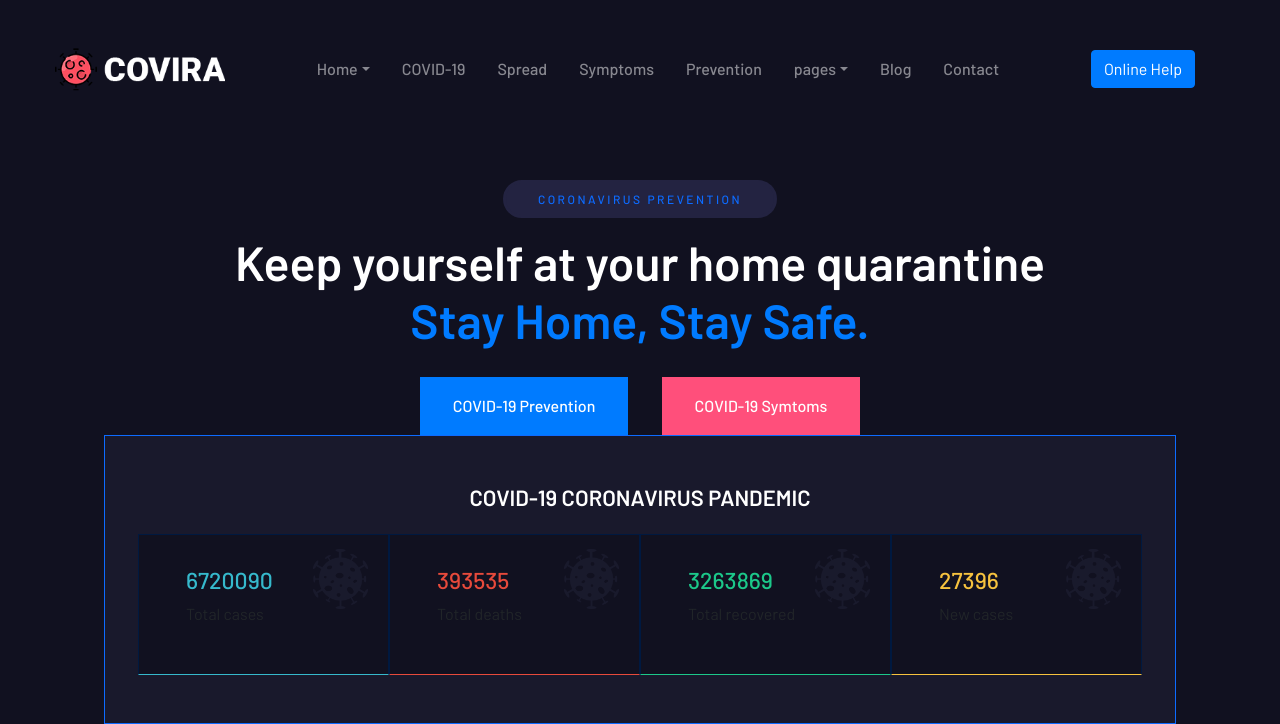
Repository: sitikhusushan/corona_updates
Page: index.html
The author's editor kept a copy of each file at every save. The page is drawn from the files as they stood at one save, then again after the next save.
The browser window is 1280 px wide. The pictures show the whole page.

Above is the page before, as saved 2020-06-06 11:45:50.

### index.html
<!DOCTYPE html>
<html lang="en">
  <head>
    <meta charset="UTF-8" />
    <meta name="viewport" content="width=device-width, initial-scale=1.0" />
    <link rel="stylesheet" href="css/bootstrap.css" />
    <link rel="stylesheet" type="text/css" href="style.css" />
    <title>Covid-19</title>
  </head>
  <body>
    <!--this is header -->
    <header>
      <!-- navbar starts from here -->
      <nav class="navbar navbar-expand-lg navbar-dark fix">
        <div class="container">
          <!-- this is the logo section  -->
          <a class="logo" href="">
            <img src="image/logo-white.png" alt="coronavirus_logo"
          /></a>
          <!-- this is modified code no need to see -->
          <!-- <div class="row">
          <div class="col-md-2 col-sm-2">
            <img src="image/logo-white.png" alt="coronavirus_logo" />
          </div>
          <div class="col-md-1 col-sm">
            <div class="dropdown">
              <button
                type="button"
                class="btn btn-danger dropdown-toggle"
                data-toggle="dropdown"
              >
                Home
              </button>
              <div class="dropdown-menu">
                <a class="dropdown-item" href="#">akjf</a>
                <a class="dropdown-item" href="#">alkdf</a>
                <a class="dropdown-item" href="#">akfjl</a>
                <a class="dropdown-item" href="#">ahdfjk</a>
                <a class="dropdown-item" href="#">ajlkdf</a>
                <a class="dropdown-item" href="#">kjahdf</a>
              </div>
            </div>
          </div>
          <div class="col-md-1 col-sm">
            COVID-19
          </div>
          <div class="col-md-1 col-sm">
            Spread
          </div>
          <div class="col-md-1 col-sm">
            Symptoms
          </div>
          <div class="col-md-1 col-sm">
            Prevention
          </div>
          <div class="col-md-1 col-sm">
            <div class="dropdown">
              <button
                type="button"
                class="btn btn-danger dropdown-toggle"
                data-toggle="dropdown"
              >
                Pages
              </button>
              <div class="dropdown-menu">
                <a class="dropdown-item" href="#"></a>
                <a class="dropdown-item" href="#"></a>
                <a class="dropdown-item" href="#"></a>
                <a class="dropdown-item" href="#"></a>
              </div>
            </div>
          </div>
          <div class="col-md-1 col-sm">Blog</div>
          <div class="col-md-1 col-sm">Contact</div>
          <div class="col-md-2 col-sm-2">
            <button class="btn btn-primary" type="button">Online Help</button>
          </div>
        </div> -->
          <!-- the content of navbar starts from here  -->
          <div class="collapse navbar-collapse">
            <ul class="navbar-nav mx-auto">
              <!-- dropdown of home is here -->
              <li class="nav-item dropdown">
                <a
                  class="nav-link dropdown-toggle"
                  href="#"
                  data-toggle="dropdown"
                  aria-expanded="false"
                  >Home</a
                >
                <div class="dropdown-menu">
                  <a class="dropdown-item" href="#">Home one</a>
                  <a class="dropdown-item" href="#">Home one dark</a>
                  <a class="dropdown-item" href="#">Home two</a>
                  <a class="dropdown-item" href="#">Home two dark</a>
                  <a class="dropdown-item" href="#">Home three</a>
                  <a class="dropdown-item" href="#">Home three dark</a>
                </div>
              </li>
              <li class="nav-item">
                <a class="nav-link" href="#">COVID-19</a>
              </li>
              <li class="nav-item">
                <a class="nav-link" href="#">Spread</a>
              </li>
              <li class="nav-item">
                <a class="nav-link" href="#">Symptoms</a>
              </li>
              <li class="nav-item">
                <a class="nav-link" href="#">Prevention</a>
              </li>
              <!-- dropdown of pages is here -->
              <li class="nav-item dropdown">
                <a
                  class="nav-link dropdown-toggle"
                  href="#"
                  data-toggle="dropdown"
                  aria-expanded="false"
                  >pages</a
                >
                <div class="dropdown-menu">
                  <a class="dropdown-item" href="#">Blog</a>
                  <a class="dropdown-item" href="#">Article</a>
                  <a class="dropdown-item" href="#">Contact</a>
                  <a class="dropdown-item" href="#">Outbrek news</a>
                </div>
              </li>
              <li class="nav-item">
                <a class="nav-link" href="#">Blog</a>
              </li>
              <li class="nav-item">
                <a class="nav-link" href="#">Contact</a>
              </li>
            </ul>
          </div>
          <!-- online help section  -->
          <a class="onlinehelp" href="">
            <i class="fas fa-headset"></i>
            <button class="btn btn-primary" type="button">Online Help</button>
          </a>
        </div>
      </nav>
    </header>
    <!-- here starts the banner content  -->
    <div class="banner">
      <div class="container">
        <div class="prevention">
          <!-- here are paragraph & headline -->
          <p class="pre">CORONAVIRUS PREVENTION</p>
          <h1>
            Keep yourself at your home quarantine <br />
            <span class="text-primary"> Stay Home, Stay Safe.</span>
          </h1>
          <!-- this is the button parts -->
          <div class="button">
            <!-- this is modified code no need to see  -->
            <!-- <div class="col-md-6">
              <button class="btn btn-primary" type="button">
                COVID-19 Prevention
              </button>
            </div>
            <div class="col-md">
              <button class="btn btn-danger" type="button">
                COVID-19 Symtoms
              </button> -->
            <a href="" class="btn btn-lg btn-primary">COVID-19 Prevention</a>
            <a href="" class="btn btn-lg btn-pink">COVID-19 Symtoms</a>
          </div>
        </div>
      </div>
    </div>
    <!-- live feedback or dashboard is here  -->
    <div class="dashboard">
      <div class="container">
        <h3>COVID-19 CORONAVIRUS PANDEMIC</h3>
        <div class="row">
          <div class="col-md-6 col-lg-3 status status-info">
            <div class="status-color">
              <h2 class="data-header" id="totalcases">6720090</h2>
              <p>Total cases</p>
            </div>
            <img src="image/1.png" alt="coronavirus image" />
          </div>
          <div class="col-md-6 col-lg-3 status status-danger">
            <div class="status-color">
              <h2 class="data-header" id="totaldeaths">393535</h2>
              <p>Total deaths</p>
            </div>
            <img src="image/1.png" alt="coronavirus image" />
          </div>
          <div class="col-md-6 col-lg-3 status status-success">
            <div class="status-color">
              <h2 class="data-header" id="totalrecovered">3263869</h2>
              <p>Total recovered</p>
            </div>
            <img src="image/1.png" alt="coronavirus image" />
          </div>
          <div class="col-md-6 col-lg-3 status status-warning">
            <div class="status-color">
              <h2 class="data-header" id="newcases">27396</h2>
              <p>New cases</p>
            </div>
            <img src="image/1.png" alt="coronavirus image" />
          </div>
        </div>
      </div>
    </div>
  </body>
</html>
<script src="https://code.jquery.com/jquery-3.5.1.js"></script>
<script src="js/bootstrap.js"></script>

### style.css
body {
  background-color: #111120;
  font-family: "Barlow";
}

.container {
  max-width: 1200px;
}

/* navbar css */
/* this css is to put the navbar at same place  */
.fix {
  position: fixed;
  top: 0;
  right: 0;
  left: 0;
  background-color: #111120;
  padding: 40px 0px;
}

/* to change the content of navbar when hover   */
.navbar .navbar-nav .nav-item a.nav-link:hover {
  color: hotpink;
}

/* this hover is for nav-item  */
.navbar .navbar-nav .nav-item .dropdown-menu a.dropdown-item:hover {
  background-color: hotpink;
}

.dropdown-menu {
  display: none;
  position: absolute;
  background-color: #111120;
  color: #939fb2;
  font-weight: 700;
  font-size: 15px;
  z-index: 1;
}

.dropdown-menu .dropdown-item {
  color: #939fb2;
  font-weight: 600;
}
/* this hover is for dropdown-menu */
.navbar .navbar-nav .nav-item:hover .dropdown-menu {
  display: block;
}

.navbar .nav-item a.nav-link {
  font-weight: 500;
  padding: 8px 16px;
}

nav .container .logo img {
  max-width: 170px;
}

/* banner css starts from here  */

.banner {
  height: 100%;
  text-align: center;
  padding-top: 180px;
}

h1 {
  color: white;
  font-weight: 600;
  font-size: 48px;
  margin-bottom: 28px;
}

/* css for covid-19 prevention & symptoms */
.btn-pink {
  color: white;
  background-color: #ff4f7b;
  border-color: #ff4f7b;
}

.btn-lg {
  padding: 1rem 2rem;
  font-size: 1rem;
  font-weight: 500;
  border-radius: 0px;
}

.btn-primary {
  color: white;
  margin-right: 30px;
}

/* css for paragraph of banner  */
.pre {
  font-size: 0.75rem;
  font-weight: 500;
  line-height: 1;
  letter-spacing: 2.5px;
  display: inline-block;
  border-radius: 800px;
  border: #232341 solid;
  background-color: #232341;
  color: #0d6bff;
  padding: 10px 32px;
  margin-bottom: 16px;
}

/* css for dashboard starts from here  */
h2 {
  font-size: 23px;
}

h3 {
  font-size: 22px;
}

.dashboard h3 {
  font-weight: 600;
  margin-bottom: 23px;
  text-align: center;
  color: white;
}

.dashboard .container {
  /* position: absolute; */
  width: 1072px;
  background-color: #19192c;
  padding: 48px;
  border: 1px solid #0d6bff;
}

.dashboard .row > div {
  position: relative;
  display: block;
  width: 245px;
  background-color: #111120;
  border: 1px solid #001940;
  z-index: 1;
}

/* here css for image  */
.dashboard .status img {
  position: absolute;
  top: 10%;
  left: 70%;
  right: 0%;
  width: 55px;
  max-width: 100%;
  height: auto;
  filter: invert(7%) sepia(7%) saturate(6094%) hue-rotate(203deg)
    brightness(92%) contrast(91%);
}

/* hover for image of dashboard is here */
.dahsboard .status img:hover {
  filter: invert(99%) sepia(9%) saturate(793%) hue-rotate(173deg)
    brightness(98%) contrast(99%);
}

.dashboard .status-color {
  padding: 32px;
}

/* css for bottom border color is here */
.dashboard .status.status-info {
  border-bottom-color: #36b9cc;
}

.dashboard .status.status-danger {
  border-bottom-color: #e74a3b;
}

.dashboard .status.status-success {
  border-bottom-color: #1cc88a;
}

.dashboard .status.status-warning {
  border-bottom-color: #f6c23e;
}

#totalcases {
  color: #36b9cc;
}

#totaldeaths {
  color: #e74a3b;
}

#totalrecovered {
  color: #1cc88a;
}

#newcases {
  color: #f6c23e;
}

@font-face {
  font-family: "Barlow";
  src: url("font/Barlow-Black.woff2") format("woff2"),
    url("font/Barlow-Black.woff") format("woff"),
    url("font/Barlow-Black.svg#Barlow-Black") format("svg");
  font-weight: 900;
  font-style: normal;
}

@font-face {
  font-family: "Barlow";
  src: url("font/Barlow-Light.woff2") format("woff2"),
    url("font/Barlow-Light.woff") format("woff"),
    url("font/Barlow-Light.svg#Barlow-Light") format("svg");
  font-weight: 300;
  font-style: normal;
}

@font-face {
  font-family: "Barlow";
  src: url("font/Barlow-Medium.woff2") format("woff2"),
    url("font/Barlow-Medium.woff") format("woff"),
    url("font/Barlow-Medium.svg#Barlow-Medium") format("svg");
  font-weight: 500;
  font-style: normal;
}

@font-face {
  font-family: "Barlow";
  src: url("font/Barlow-ExtraBold.woff2") format("woff2"),
    url("font/Barlow-ExtraBold.woff") format("woff"),
    url("font/Barlow-ExtraBold.svg#Barlow-ExtraBold") format("svg");
  font-weight: 800;
  font-style: normal;
}

@font-face {
  font-family: "Barlow";
  src: url("font/Barlow-SemiBold.woff2") format("woff2"),
    url("font/Barlow-SemiBold.woff") format("woff"),
    url("font/Barlow-SemiBold.svg#Barlow-SemiBold") format("svg");
  font-weight: 600;
  font-style: normal;
}

@font-face {
  font-family: "Barlow";
  src: url("font/Barlow-Regular.woff2") format("woff2"),
    url("font/Barlow-Regular.woff") format("woff"),
    url("font/Barlow-Regular.svg#Barlow-Regular") format("svg");
  font-weight: normal;
  font-style: normal;
}

@font-face {
  font-family: "Barlow";
  src: url("font/Barlow-Thin.woff2") format("woff2"),
    url("font/Barlow-Thin.woff") format("woff"),
    url("font/Barlow-Thin.svg#Barlow-Thin") format("svg");
  font-weight: 100;
  font-style: normal;
}

@font-face {
  font-family: "Barlow";
  src: url("font/Barlow-Bold.woff2") format("woff2"),
    url("font/Barlow-Bold.woff") format("woff"),
    url("font/Barlow-Bold.svg#Barlow-Bold") format("svg");
  font-weight: bold;
  font-style: normal;
}

@font-face {
  font-family: "Barlow";
  src: url("font/Barlow-ExtraLight.woff2") format("woff2"),
    url("font/Barlow-ExtraLight.woff") format("woff"),
    url("font/Barlow-ExtraLight.svg#Barlow-ExtraLight") format("svg");
  font-weight: 200;
  font-style: normal;
}

Loaded but not shown: css/bootstrap.css (library); js/bootstrap.js (library)

After the next save:
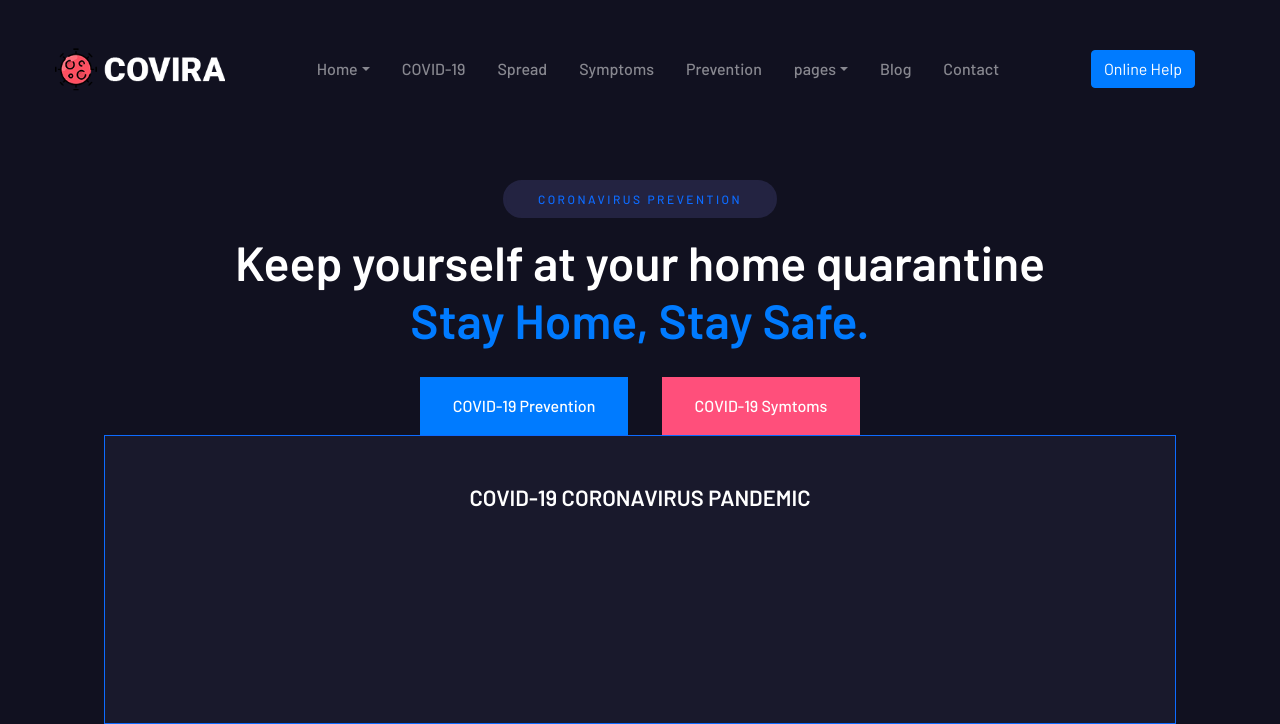
Saved 10 s later.
--- a/style.css
+++ b/style.css
@@ -135,7 +135,7 @@
   width: 245px;
   background-color: #111120;
   border: 1px solid #001940;
-  z-index: 1;
+  z-index: -1;
 }
 
 /* here css for image  */

After the save that followed:
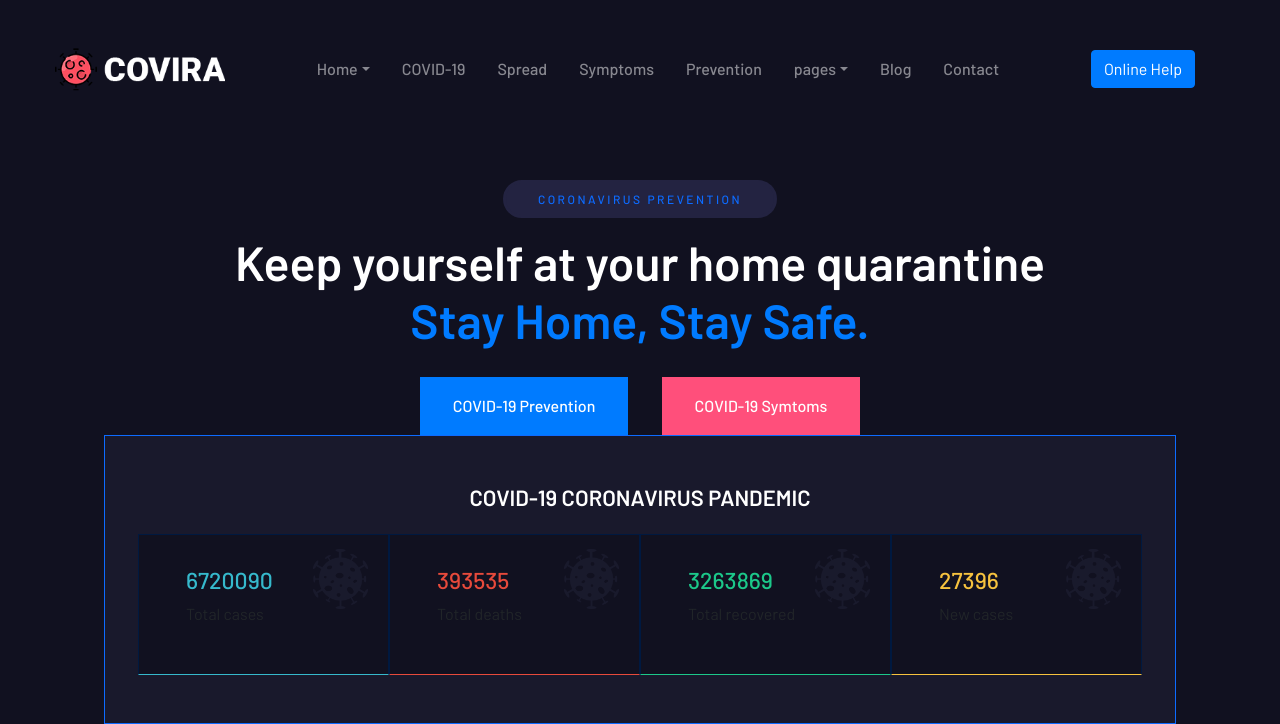
Saved 17 s later.
--- a/style.css
+++ b/style.css
@@ -135,7 +135,7 @@
   width: 245px;
   background-color: #111120;
   border: 1px solid #001940;
-  z-index: -1;
+  z-index: 0;
 }
 
 /* here css for image  */
